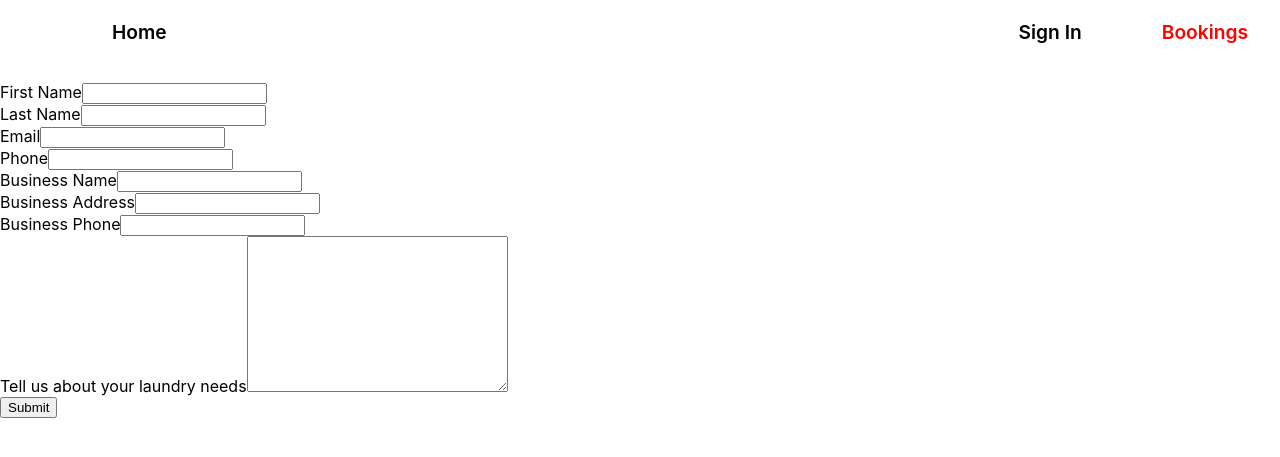
Repository: MikkyPrestige/fake-user-authentication
Page: /register
An editor plug-in stored every save of this project. The page is shown before and after the next save, followed by the edit.
The browser window is 1280 px wide. The pictures show the whole page.
The project was rebuilt for these pictures with package versions that can differ from the ones it lists, and the page was loaded fresh each time. Also part of the build but not shown: src/assets/styles/home.css, src/components/home.jsx.

Above is the page before, as saved 2022-11-20 01:24:17.

### src/index.css
body {
  margin: 0;
  font-family: -apple-system, BlinkMacSystemFont, 'Segoe UI', 'Roboto', 'Oxygen',
    'Ubuntu', 'Cantarell', 'Fira Sans', 'Droid Sans', 'Helvetica Neue',
    sans-serif;
  -webkit-font-smoothing: antialiased;
  -moz-osx-font-smoothing: grayscale;
  /* background-image: url(./assets/img/pattern_blue-1.jpg);
  background-repeat: no-repeat;
  background-size: cover;
  background-position: center;
  background-attachment: fixed; */
}

code {
  font-family: source-code-pro, Menlo, Monaco, Consolas, 'Courier New',
    monospace;
}

### src/App.jsx
import React from "react";
import { Route, Routes } from "react-router-dom";
import { Home, Navigation, Register } from "./components";

function App() {
  return (
    <div className="App">
      <Navigation />
      <Routes>
      <Route path="/" element={< Home />} />
      <Route path="/register" element={< Register />} />
      </Routes>
    </div>
  );

}

export default App;

### src/components/index.js
export { default as Home } from './home';
export { default as Navigation } from './navigation';
export { default as Register } from './register';

### src/components/navigation.jsx
// NAVIGATION COMPONENT

import React from "react";
import { NavLink } from "react-router-dom";
import "../assets/styles/navigation.css";

const Navigation = () => {
  return (
    <div className="navigation">
      <nav className="navigation__links">
        <div className="navigation--link">
          <NavLink
            style={({ isActive }) =>
              isActive ? { color: "red" } : { color: "black" }
            }
            to="/"
            className="navigation__link--item"
          >
            Home
          </NavLink>
        </div>
        <div className="navigation__link--wrapper">
          <NavLink
            style={({ isActive }) =>
              isActive ? { color: "red" } : { color: "black" }
            }
            to="/signIn"
            className="navigation__link--item"
          >
            Sign In
          </NavLink>
          <NavLink
            style={({ isActive }) =>
              isActive ? { color: "red" } : { color: "black" }
            }
            to="/register"
            className="navigation__link--item"
          >
            Bookings
          </NavLink>
        </div>
      </nav>
    </div>
  );
};

export default Navigation;

### src/components/register.jsx
// REGISTER COMPONENT: This component is for the form to register with the company in the app

import React from "react";
import { useState } from "react";

const Register = () => {
  // Create a state for the form
  const [form, setForm] = useState({
    firstName: "",
    lastName: "",
    email: "",
    businessName: "",
    businessAddress: "",
    businessPhone: "",
    order: "",
  });

  // Create a state for the error
  const [error, setError] = useState({});
  // Create a state for the success
  const [success, setSuccess] = useState(false);

  // Create a function to handle the change
  const handleChange = (e) => {
    const { name, value } = e.target;
    setForm({ ...form, [name]: value }); // A spread operator is used to copy the form object and then add the name and value to the form object and then set the form object to the new form object with the name and value added to it
  };

  // Create a function to handle the submit
  const handleSubmit = (e) => {
    e.preventDefault();
    console.log(form);
    // Validate the form
    const validate = () => {
      let error = {};
      if (!form.firstName) {
        error.firstName = "First name is required";
      }
      if (!form.lastName) {
        error.lastName = "Last name is required";
      }
      if (!form.email) {
        error.email = "Email is required";
      }
      if (!form.phone) {
        error.phone = "Phone Number is required";
      }
      if (!form.order) {
        error.order = "Order is required";
      }
      return error;
    };
    // Set the error
    setError(validate());
    // Check if there is no error
    if (Object.keys(validate()).length === 0) {
      setSuccess(true);
    }
  };

  return (
    <div className="register">
      <div className="register__content">
        <h1 className="register__title">Register</h1>
        <form className="register__form" onSubmit={handleSubmit}>
          <div className="register__form--group">
            <label htmlFor="firstName" className="register__form--label">
              First Name
            </label>
            <input
              type="text"
              name="firstName"
              id="firstName"
              className="register__form--input"
              onChange={handleChange}
              required
            />
            {error.firstName && (
              <p className="register__form--error">{error.firstName}</p>
            )}
          </div>
          <div className="register__form--group">
            <label htmlFor="lastName" className="register__form--label">
              Last Name
            </label>
            <input
              type="text"
              name="lastName"
              id="lastName"
              className="register__form--input"
              onChange={handleChange}
              required
            />
            {error.lastName && (
              <p className="register__form--error">{error.lastName}</p>
            )}
          </div>
          <div className="register__form--group">
            <label htmlFor="email" className="register__form--label">
              Email
            </label>
            <input
              type="email"
              name="email"
              id="email"
              className="register__form--input"
              onChange={handleChange}
              required
            />
            {error.email && (
              <p className="register__form--error">{error.email}</p>
            )}
          </div>
          <div className="register__form--group">
            <label htmlFor="phone" className="register__form--label">
              Phone
            </label>
            <input
              type="tel"
              name="phone"
              id="phone"
              className="register__form--input"
              onChange={handleChange}
              required
            />
            {error.phone && (
              <p className="register__form--error">{error.phone}</p>
            )}
          </div>
          <div className="register__form--group">
            <label htmlFor="businessName" className="register__form--label">
              Business Name
            </label>
            <input
              type="text"
              name="businessName"
              id="businessName"
              className="register__form--input"
              onChange={handleChange}
            />
          </div>
          <div className="register__form--group">
            <label htmlFor="businessAddress" className="register__form--label">
              Business Address
            </label>
            <input
              type="text"
              name="businessAddress"
              id="businessAddress"
              className="register__form--input"
              onChange={handleChange}
            />
          </div>
          <div className="register__form--group">
            <label htmlFor="businessPhone" className="register__form--label">
              Business Phone
            </label>
            <input
              type="text"
              name="businessPhone"
              id="businessPhone"
              className="register__form--input"
              onChange={handleChange}
            />
          </div>
          <div className="register__form--group">
            <label htmlFor="order" className="register__form--label">
              Tell us about your laundry needs
            </label>
            <textarea
              name="order"
              id="order"
              cols="30"
              rows="10"
              className="register__form--input"
              onChange={handleChange}
              required
            ></textarea>
            {error.order && (
              <p className="register__form--error">{error.order}</p>
            )}
          </div>
          <button className="register__form--button">Submit</button>
        </form>
        {success && (
          <p className="register__form--success">
            Your order is received and been fast tracked.
            <span>Thank you for choosing us.</span>
          </p>
        )}
      </div>
    </div>
  );
};

export default Register;

### src/assets/styles/navigation.css
.navigation {
    background-color: #fff;
    height: 4rem;
    position: fixed;
    top: 0;
    width: 100%;
    z-index: 100;
}

.navigation__links {
    display: flex;
    justify-content: space-between;
    align-items: center;
    height: 100%;
    padding: 0 2rem;
}

.navigation__link--item {
    font-size: 1.2rem;
    font-weight: 600;
    text-decoration: none;
}

.navigation--link {
  margin-left: 5rem;
}

.navigation__link--wrapper {
  display: flex;
  align-items: center;
  gap: 5rem;
}

Loaded but not shown: public/index.html (common file); src/index.js (common file)

After the next save:
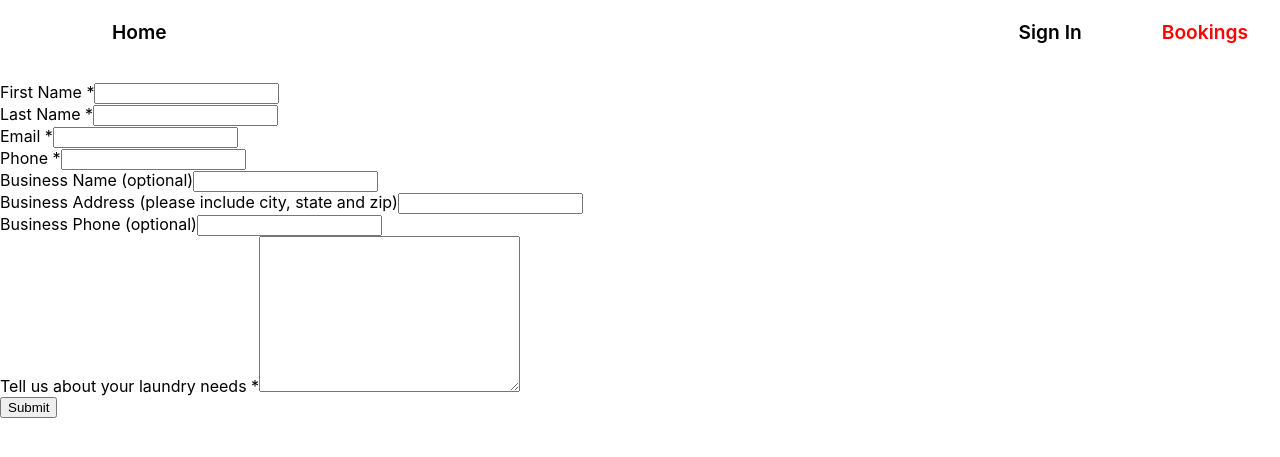
Saved 1 s later.
--- a/src/components/register.jsx
+++ b/src/components/register.jsx
@@ -65,7 +65,7 @@ const Register = () => {
         <form className="register__form" onSubmit={handleSubmit}>
           <div className="register__form--group">
             <label htmlFor="firstName" className="register__form--label">
-              First Name
+              First Name *
             </label>
             <input
               type="text"
@@ -81,7 +81,7 @@ const Register = () => {
           </div>
           <div className="register__form--group">
             <label htmlFor="lastName" className="register__form--label">
-              Last Name
+              Last Name *
             </label>
             <input
               type="text"
@@ -97,7 +97,7 @@ const Register = () => {
           </div>
           <div className="register__form--group">
             <label htmlFor="email" className="register__form--label">
-              Email
+              Email *
             </label>
             <input
               type="email"
@@ -113,7 +113,7 @@ const Register = () => {
           </div>
           <div className="register__form--group">
             <label htmlFor="phone" className="register__form--label">
-              Phone
+              Phone *
             </label>
             <input
               type="tel"
@@ -129,7 +129,7 @@ const Register = () => {
           </div>
           <div className="register__form--group">
             <label htmlFor="businessName" className="register__form--label">
-              Business Name
+              Business Name (optional)
             </label>
             <input
               type="text"
@@ -141,7 +141,7 @@ const Register = () => {
           </div>
           <div className="register__form--group">
             <label htmlFor="businessAddress" className="register__form--label">
-              Business Address
+              Business Address (please include city, state and zip)
             </label>
             <input
               type="text"
@@ -153,7 +153,7 @@ const Register = () => {
           </div>
           <div className="register__form--group">
             <label htmlFor="businessPhone" className="register__form--label">
-              Business Phone
+              Business Phone (optional)
             </label>
             <input
               type="text"
@@ -165,7 +165,7 @@ const Register = () => {
           </div>
           <div className="register__form--group">
             <label htmlFor="order" className="register__form--label">
-              Tell us about your laundry needs
+              Tell us about your laundry needs *
             </label>
             <textarea
               name="order"
